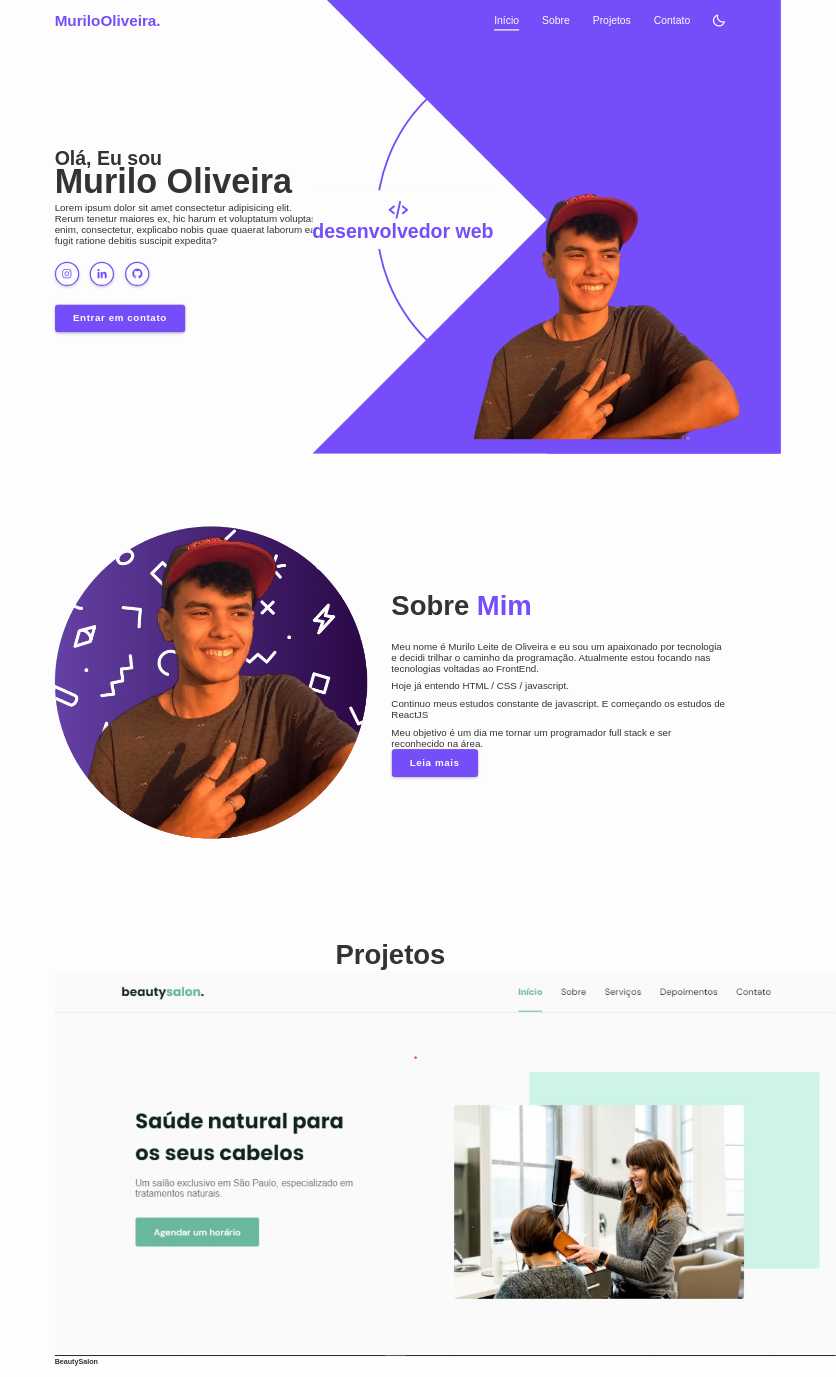
Repository: devMuriloOliveira/Portfolio-
Page: index.html
These files come from the project's save history. The page is drawn as it stood at one moment and after the next save; the edit follows.
The browser window is 1280 px wide. The page is 1370 px wide, so the pictures cover 1370 px, including what lies to the right of the window. The pictures show the whole page, at 61% of full size.
Some web fonts or font styles are not loaded; a fallback is used.

Above is the page before, as saved 2023-03-12 17:26:55.

### index.html
<!DOCTYPE html>
<html lang="en">
  <head>
    <meta charset="UTF-8" />
    <meta http-equiv="X-UA-Compatible" content="IE=edge" />
    <meta name="viewport" content="width=device-width, initial-scale=1.0" />
    <title>Murilo Oliveira</title>

    <!--box icons-->
    <link
      href="https://unpkg.com/boxicons@2.1.4/css/boxicons.min.css"
      rel="stylesheet"
    />

    <!--font-->
    <link
      rel="stylesheet"
      href="https://fonts.googleapis.com/css2?family=Material+Symbols+Outlined:opsz,wght,FILL,GRAD@20..48,100..700,0..1,-50..200"
    />

    <!--css-->
    <link rel="stylesheet" href="style.css" />
  </head>
  <body>
    <header class="header">
      <a class="logo" href="#">Murilo<span>Oliveira</span>.</a>

      <nav class="navbar">
        <a href="#inicio" class="active">Início</a>
        <a href="#sobre">Sobre</a>
        <a href="#projetos">Projetos</a>
        <a href="#contato">Contato</a>
      </nav>

      <div class="bx bx bx-moon" id="darkMode-icon"></div>
    </header>

    <!------------inicio------------>

    <section class="inicio" id="inicio">
      <div class="inicio-content">
        <h3>Olá, Eu sou</h3>
        <h1>Murilo Oliveira</h1>
        <p>
          Lorem ipsum dolor sit amet consectetur adipisicing elit. Rerum tenetur
          maiores ex, hic harum et voluptatum voluptas enim, consectetur,
          explicabo nobis quae quaerat laborum ea fugit ratione debitis suscipit
          expedita?
        </p>

        <div class="social-media">
          <a href="#"><i class="bx bxl-instagram"></i></a>
          <a href="#"><i class="bx bxl-linkedin"></i></a>
          <a href="#"><i class="bx bxl-github"></i></a>
        </div>

        <a href="#" class="btn">Entrar em contato</a>
      </div>

      <div class="profession-container">
        <div class="profession-box">
          <div class="profession" style="--i: 0">
            <i class="bx bx-code-alt"></i>
            <h3>desenvolvedor web</h3>
          </div>
          <div class="profession" style="--i: 1">
            <i class="bx bx-code-alt"></i>
            <h3>desenvolvedor web</h3>
          </div>
          <div class="profession" style="--i: 2">
            <i class="bx bx-code-alt"></i>
            <h3>desenvolvedor web</h3>
          </div>
          <div class="profession" style="--i: 3">
            <i class="bx bx-code-alt"></i>
            <h3>desenvolvedor web</h3>
          </div>
          <div class="circle"></div>
        </div>

        <div class="overlay"></div>
      </div>

      <div class="inicio-img">
        <img src="assets/homem_sorrindo-removebg-preview.png" alt="" />
      </div>
    </section>

    <!------------sobre------------>

    <section class="sobre" id="sobre">
      <div class="sobre-img">
        <img src="/assets/profile-pic (4).png" alt="" />
      </div>

      <div class="sobre-content">
        <h2 class="heading">Sobre <span>Mim</span></h2>

        <p>
          Meu nome é Murilo Leite de Oliveira e eu sou um apaixonado por
          tecnologia e decidi trilhar o caminho da programação. Atualmente estou
          focando nas tecnologias voltadas ao FrontEnd.
        </p>
        <br />
        <p>Hoje já entendo HTML / CSS / javascript.</p>
        <br />
        <p>
          Continuo meus estudos constante de javascript. E começando os estudos
          de ReactJS
        </p>
        <br />
        <p>
          Meu objetivo é um dia me tornar um programador full stack e ser
          reconhecido na área.
        </p>

        <a href="#" class="btn">Leia mais</a>
      </div>
    </section>

    <!------------projetos------------>

    <section class="projetos" id="projetos">
      <h2 class="heading">Projetos</h2>

      <div class="projetos-wrapper">
        <div class="projetos-box">
          <div class="projetos-content">
            <div class="projetos-slide">
              <img src="/assets/salon.jpg" alt="" />
              <h3>BeautySalon</h3>
            </div>
          </div>
        </div>
      </div>
    </section>

    <script src="/main.js"></script>
  </body>
</html>

### style.css
*{
  margin: 0;
  padding: 0;
  box-sizing: border-box;
  text-decoration: none;
  border: none;
  outline: none;
  scroll-behavior: smooth;
  font-family: 'Poppins', sans-serif;
}

:root{
  --bg-color: #fdfdfd;
  --text-color: #333;
  --main-color: #754ef9;
  --white-color: #fdfdfd;
  --shadow-color: rgba(0, 0, 0, .2);
}

html{
  font-size: 62.5%;
  overflow-x: hidden;
}

body{
  background: var(--bg-color);
  color: var(--text-color);
}

.header{
  position: fixed;
  top: 0;
  left: 0;
  width: 100%;
  padding: 2rem 7%;
  background: transparent;
  display: flex;
  align-items: center;
  z-index: 100;
  transition: .5s;
}

.sticky{
  background: var(--bg-color);
  box-shadow: 0 .1rem 1rem var(--shadow-color);
}

.logo{
  font-size: 2.5rem;
  color: var(--main-color);
  font-weight: 600;
  cursor: default;
  margin-right: auto;
}

.navbar a{
  position: relative;
  font-size: 1.7rem;
  color: var(--white-color);
  font-weight: 500;
  margin-right: 3.5rem;
}

 .sticky .navbar a{
  color: var(--text-color);
}

 .sticky .navbar a.active{
  color: var(--main-color);
}


.navbar a.active::before{
  content: '';
  position: absolute;
  left: 0;
  bottom: -6px;
  width: 100%;
  height: .2rem;
  background: var(--white-color);
}

  .sticky .navbar a::before{
  background: var(--main-color);
  opacity: .7;
}


#darkMode-icon{
  font-size: 2.4rem;
  color: var(--white-color);
  cursor: pointer;
}

.sticky #darkMode-icon{
  color: var(--text-color);
  opacity: .9;
}

section{
  min-height: 100vh;
  padding: 10rem 7% 2rem;
}

.inicio{
  display: flex;
  align-items: center;
}

.inicio .inicio-content{
  max-width: 44rem;
}

.inicio-content h3{
  font-size: 3.2rem;
  font-weight: 700;
  line-height: .3;
}

.inicio-content h1{
  font-size: 5.6rem;
  font-weight: 700;
  margin-bottom: .3rem;
}

.inicio-content p{
  font-size: 1.6rem;
}

.inicio-content .social-media a{
  display: inline-flex;
  justify-content: center;
  align-items: center;
  width: 4rem;
  height: 4rem;
  background: transparent;
  border: .2rem solid var(--main-color);
  border-radius: 50%;
  box-shadow: 0 .2rem .5rem var(--shadow-color);
  font-size: 2rem;
  color: var(--main-color);
  margin: 2.5rem 1.5rem 3rem 0;
  transition: .5s ease;
}

.inicio-content .social-media a:hover{
  background: var(--main-color);
  color: var(--white-color);
}

.btn{
  display: inline-block;
  padding: 1.2rem 2.8rem;
  background: var(--main-color);
  border-radius: .6rem;
  box-shadow: 0 .2rem .5rem var(--shadow-color);
  font-size: 1.6rem;
  color: var(--white-color);
  letter-spacing: .1rem;
  font-weight: 600;
  border: .2rem solid transparent;
  transition: .5s ease;
}

.btn:hover{
  background: transparent;
  color: var(--main-color);
  border-color: var(--main-color);
}

.inicio .profession-container{
  position: absolute;
  top: 50%;
  right: 0;
  transform: translateY(-50%);
  width: 768px;
  height: 768px;

  overflow: hidden;
  pointer-events: none;
}

.inicio .profession-container .profession-box{
  position: absolute;
  top: 0;
  right: 0;
  width: 768px;
  height: 768px;
  border-radius: 50%;
  display: flex;
  justify-content: center;
  align-items: center;
}

.inicio .profession-box .profession{
  position: absolute;
  left: 0;
  display: flex;
  align-items: center;
  flex-direction: column;
  color: var(--main-color);
  transform: rotate(calc(360deg / 4 * var(--i)));
  transform-origin: 384px;
  background: var(--bg-color);
  padding: 13px 0;
}

.inicio .profession-box .profession:nth-child(1) i {
  margin-right: 15px;
}

.inicio .profession-box .profession:nth-child(2),
.inicio .profession-box .profession:nth-child(4) {
  padding-bottom: 20px;
}

.inicio .profession i{
  font-size: 3.8rem;
}

.inicio .profession h3{
  font-size: 3.2rem;
  line-height: 1;
  font-weight: 600;
}

.inicio .profession-box .circle{
  width: 560px;
  height: 560px;

  border: 3px solid var(--main-color);
  border-radius: 50%;
}

.inicio .profession-container .overlay{
  position: absolute;
  top: 0;
  right: 0;
  width: 0;
  height: 0;
  border-top: 384px solid var(--main-color);
  border-right: 384px solid var(--main-color);
  border-bottom: 384px solid var(--main-color);
  border-left: 384px solid transparent;

}

.inicio-img img{
  position: absolute;
  bottom: 0;
  right: 0;
  width: 50%;
  pointer-events: none;
}

span{
  color: var(--main-color);
}

.sobre{
  display: flex;
  justify-content: center;
  align-items: center;
  gap: 4rem;
}

.sobre-img img{
  width: 40vw;
}

.heading{
  font-size: 4.5rem;
  text-align: center;
}

.sobre-content h2{
  text-align: left;
  line-height: 1.2;
  margin-bottom: 3rem;
}

.sobre-content p{
  font-size: 1.6rem;

}

### main.js
window.addEventListener('scroll', function () {
  const header = document.querySelector('.header')
  header.classList.toggle('sticky', window.scrollY > 100)
})

/*window.onscroll = () => {
  let header = document.querySelector('.header')

  header.classList.toggle('sticky', window.scrollY > 100)
}*/

After the next save:
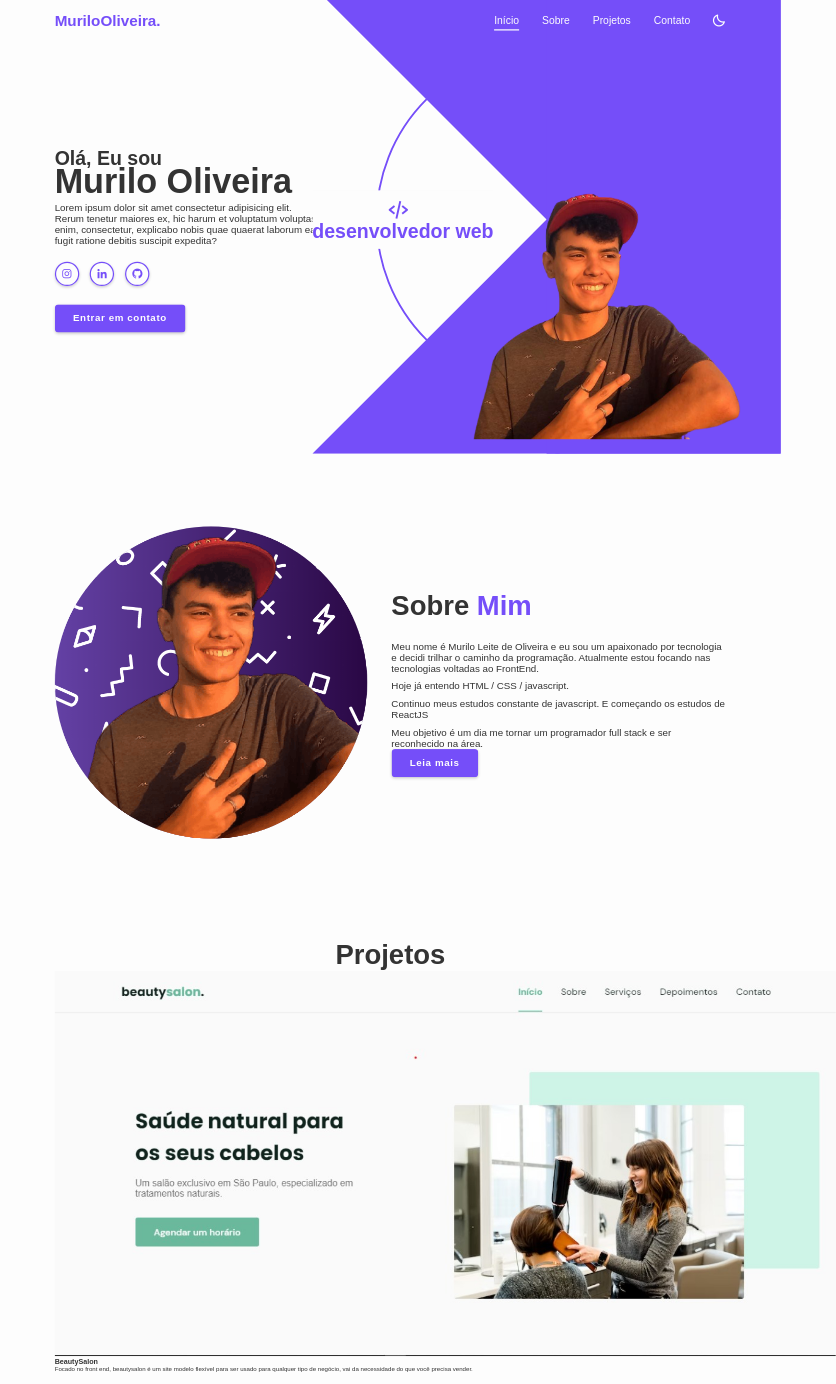
Saved 13 s later.
--- a/index.html
+++ b/index.html
@@ -129,6 +129,11 @@
             <div class="projetos-slide">
               <img src="/assets/salon.jpg" alt="" />
               <h3>BeautySalon</h3>
+              <p>
+                Focado no front end, beautysalon é um site modelo flexível para
+                ser usado para qualquer tipo de negócio, vai da necessidade do
+                que você precisa vender.
+              </p>
             </div>
           </div>
         </div>
